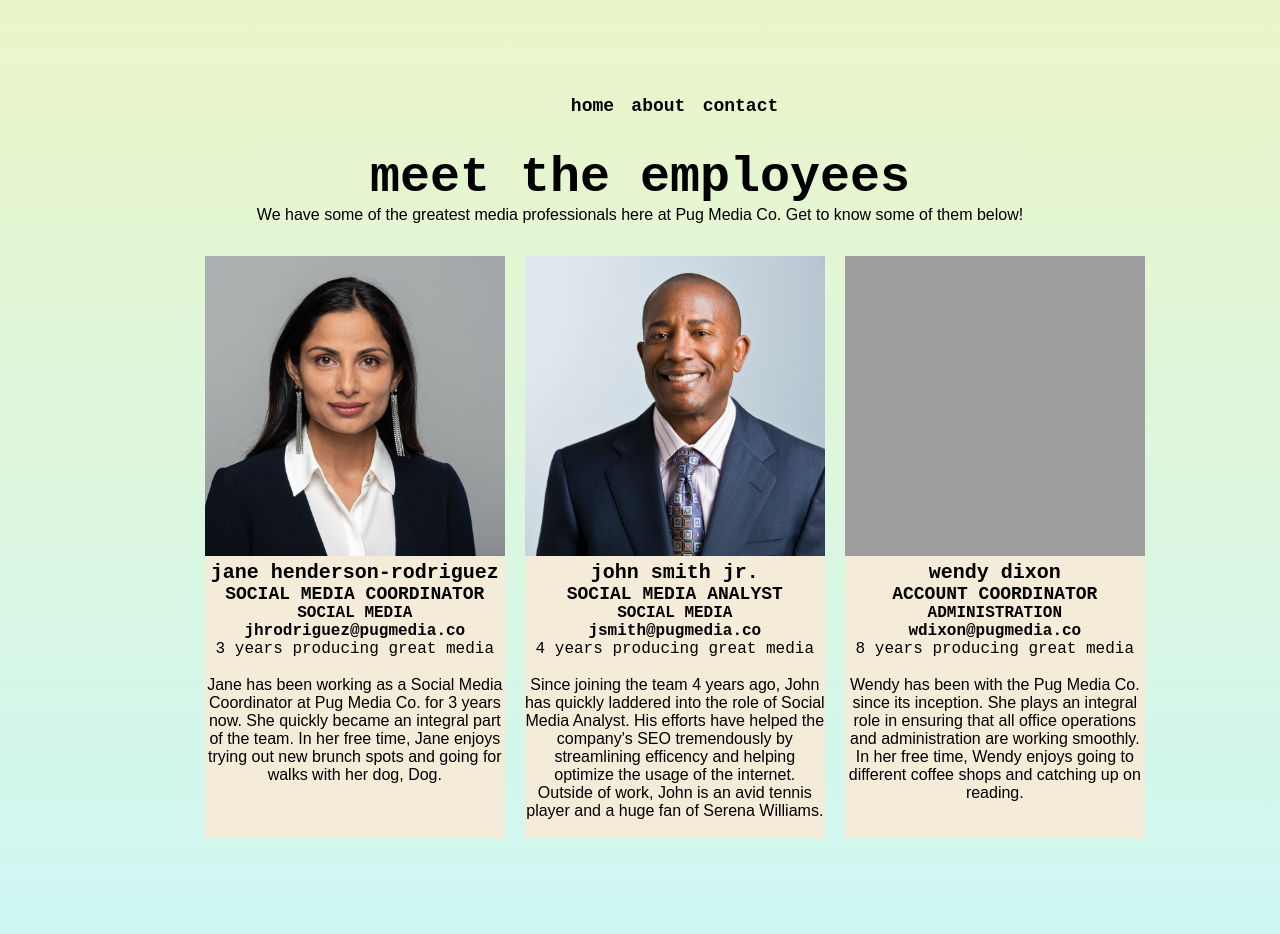
Repository: cheungglenda/MDIA2109-Week3
Page: /about
An editor plug-in stored every save of this project. The page is shown before and after the next save, followed by the edit.
The browser window is 1280 px wide. The pictures show the whole page.
Pictures or frames that could not be fetched are drawn as grey boxes. The project was rebuilt for these pictures with package versions that can differ from the ones it lists, and the page was loaded fresh each time. The framework's server and built-in components were replaced by stand-ins that run in the browser. Also part of the build but not shown: next.config.js.

Above is the page before, as saved 2023-01-20 13:08:41.

### pages/about.js
import Head from 'next/head'
import { Inter } from '@next/font/google'
import styles from '@/styles/Home.module.css'
import aboutData from '../data/about.json'
import { useState } from 'react'
import EmployeeCard  from '../components/EmployeeCard'
import Link from 'next/link'

export default function About() {

    const [aboutEmployees, setAboutEmployees] = useState([...aboutData])
    console.log(aboutData)
    return (
   <>
      <Head>
        <title>Meet the Employees</title>
        <meta name="description" content="Meet the Employees" />
        <meta name="viewport" content="width=device-width, initial-scale=1" />
        <link rel="icon" href="/favicon.ico" />
      </Head>
      <main className={styles.main}>
        <div className={styles.buttons}>
      <Link href="/" className={styles.links}>Home</Link>
      <Link href="/about" className={styles.links}>About</Link>
      <Link href="/" className={styles.links}>Contact</Link>
      </div>

      <div className={styles.meetTitle}>Meet the Employees</div>
      <div className={styles.titleDesc}>We have some of the greatest media professionals here at Pug Media Co. Get to know some of them below!</div>

        <div className={styles.grid}>
          <div className={styles.employees}>
          {aboutEmployees && aboutEmployees.map((info, index) => {
            if(info.firstName.toLowerCase() === "jane") {
            return (
              <EmployeeCard
              key={index}
              firstname={info.firstName}
              lastname={info.lastName}
              jobtitle={info.jobTitle}
              department={info.department}
              contact={info.contact}
              yearsworked={info.yearsWorked}
              description={info.description}
              color="#F4EBD9" font="16px"/>
            )
          }
          })}

          {aboutEmployees && aboutEmployees.map((info, index) => {
            if(info.firstName.toLowerCase() === "john") {
            return (
              <EmployeeCard
              key={index}
              firstname={info.firstName}
              lastname={info.lastName}
              jobtitle={info.jobTitle}
              department={info.department}
              contact={info.contact}
              yearsworked={info.yearsWorked}
              description={info.description}
              color="#F4EBD9" font="16px"/>
            )
          }
          })}

          {aboutEmployees && aboutEmployees.map((info, index) => {
            if(info.firstName.toLowerCase() === "wendy") {
            return (
              <EmployeeCard
              key={index}
              firstname={info.firstName}
              lastname={info.lastName}
              jobtitle={info.jobTitle}
              department={info.department}
              contact={info.contact}
              yearsworked={info.yearsWorked}
              description={info.description}
              color="#F4EBD9" font="16px"/>
            )
          }
          })}
          </div>
        </div>
      </main>
    </>
  )
}

### styles/Home.module.css
.main {
  display: flex;
  flex-direction: column;
  justify-content: space-between;
  align-items: center;
  padding: 6rem;
  font-family:arial;
  min-height: 100vh;
  background-image: linear-gradient(rgb(235, 245, 200), rgb(207, 248, 244));

}

.buttons {
  display: flex;
  flex-direction:row;
  justify-content: space-evenly;
  margin-bottom:3%;
}

.links:hover {
  text-decoration:underline;
}

.links {
  font-size: 18px;
  max-width: var(--max-width);
  width: 100%;
  font-weight:900;
  font-family: 'Courier New', Courier, monospace;
  text-transform:lowercase;
  padding-left:10%;
}

.description {
  display: inherit;
  justify-content: inherit;
  align-items: inherit;
  font-size: 15px;
  max-width: var(--max-width);
  width: 100%;
  font-family: var(--font-mono);
}

.description a {
  display: flex;
  justify-content: center;
  align-items: center;
  gap: 0.5rem;
}

.description p {
  position: relative;
  margin: 0;
  padding: 1rem;
  background-color: rgba(var(--callout-rgb), 0.5);
  border: 1px solid rgba(var(--callout-border-rgb), 0.3);
  border-radius: var(--border-radius);
}

.code {
  font-weight: 700;
  font-family: var(--font-mono);
}

.meetTitle {
  font-size: 50px;
  font-weight:700;
  text-transform:lowercase;
  font-family:'Courier New', Courier, monospace;
  text-align:center;
}

.grid {
  display: flex;
  justify-content:center;
  width: var(--max-width);
  max-width: 100%;
  align-items:center;
  flex: 1;
}

.card {
  padding: 1rem 1.2rem;
  border-radius: var(--border-radius);
  background: rgba(var(--card-rgb), 0);
  border: 1px solid rgba(var(--card-border-rgb), 0);
  transition: background 200ms, border 200ms;
}

.card span {
  display: inline-block;
  transition: transform 200ms;
}

.info {
  font-family:Arial, Helvetica, sans-serif;
}

.card h2 {
  font-weight: 600;
  margin-bottom: 0.7rem;
}

.card p {
  margin: 0;
  opacity: 0.6;
  font-size: 0.9rem;
  line-height: 1.5;
  max-width: 30ch;
}


.employees {
  display:flex;
  gap:20px;
  width: 80%;
  text-align:center;
  font-family:'Courier New', Courier, monospace;
}

.titleDesc {
  font-size:16px;
  margin-bottom:3%;
}

.center {
  display: flex;
  justify-content: center;
  align-items: center;
  position: relative;
  padding: 4rem 0;
}

.center::before {
  background: var(--secondary-glow);
  border-radius: 50%;
  width: 480px;
  height: 360px;
  margin-left: -400px;
}

.center::after {
  background: var(--primary-glow);
  width: 240px;
  height: 180px;
  z-index: -1;
}

.center::before,
.center::after {
  content: '';
  left: 50%;
  position: absolute;
  filter: blur(45px);
  transform: translateZ(0);
}

.logo,
.thirteen {
  position: relative;
}

.thirteen {
  display: flex;
  justify-content: center;
  align-items: center;
  width: 75px;
  height: 75px;
  padding: 25px 10px;
  margin-left: 16px;
  transform: translateZ(0);
  border-radius: var(--border-radius);
  overflow: hidden;
  box-shadow: 0px 2px 8px -1px #0000001a;
}

.thirteen::before,
.thirteen::after {
  content: '';
  position: absolute;
  z-index: -1;
}

/* Conic Gradient Animation */
.thirteen::before {
  animation: 6s rotate linear infinite;
  width: 200%;
  height: 200%;
  background: var(--tile-border);
}

/* Inner Square */
.thirteen::after {
  inset: 0;
  padding: 1px;
  border-radius: var(--border-radius);
  background: linear-gradient(
    to bottom right,
    rgba(var(--tile-start-rgb), 1),
    rgba(var(--tile-end-rgb), 1)
  );
  background-clip: content-box;
}

/* Enable hover only on non-touch devices */
@media (hover: hover) and (pointer: fine) {
  .card:hover {
    background: rgba(var(--card-rgb), 0.1);
    border: 1px solid rgba(var(--card-border-rgb), 0.15);
  }

  .card:hover span {
    transform: translateX(4px);
  }
}

@media (prefers-reduced-motion) {
  .thirteen::before {
    animation: none;
  }

  .card:hover span {
    transform: none;
  }
}

/* Mobile */
@media (max-width: 700px) {
  .content {
    padding: 4rem;
  }

  .grid {
    grid-template-columns: 1fr;
    margin-bottom: 120px;
    max-width: 320px;
    text-align: center;
  }

  .card {
    padding: 1rem 2.5rem;
  }

  .card h2 {
    margin-bottom: 0.5rem;
  }

  .center {
    padding: 8rem 0 6rem;
  }

  .center::before {
    transform: none;
    height: 300px;
  }

  .description {
    font-size: 0.8rem;
  }

  .description a {
    padding: 1rem;
  }

  .description p,
  .description div {
    display: flex;
    justify-content: center;
    position: fixed;
    width: 100%;
  }

  .description p {
    align-items: center;
    inset: 0 0 auto;
    padding: 2rem 1rem 1.4rem;
    border-radius: 0;
    border: none;
    border-bottom: 1px solid rgba(var(--callout-border-rgb), 0.25);
    background: linear-gradient(
      to bottom,
      rgba(var(--background-start-rgb), 1),
      rgba(var(--callout-rgb), 0.5)
    );
    background-clip: padding-box;
    backdrop-filter: blur(24px);
  }

  .description div {
    align-items: flex-end;
    pointer-events: none;
    inset: auto 0 0;
    padding: 2rem;
    height: 200px;
    background: linear-gradient(
      to bottom,
      transparent 0%,
      rgb(var(--background-end-rgb)) 40%
    );
    z-index: 1;
  }
}

/* Tablet and Smaller Desktop */
@media (min-width: 701px) and (max-width: 1120px) {
  .grid {
    grid-template-columns: repeat(2, 50%);
  }
}

@media (prefers-color-scheme: dark) {
  .vercelLogo {
    filter: invert(1);
  }

  .logo,
  .thirteen img {
    filter: invert(1) drop-shadow(0 0 0.3rem #ffffff70);
  }
}

@keyframes rotate {
  from {
    transform: rotate(360deg);
  }
  to {
    transform: rotate(0deg);
  }
}

### data/about.json
[
    {
        "firstName": "Jane",
        "lastName": "Henderson-Rodriguez",
        "department": "Social Media",
        "jobTitle": "Social Media Coordinator",
        "contact": "jhrodriguez@pugmedia.co",
        "yearsWorked": 3,
        "description": "Jane has been working as a Social Media Coordinator at Pug Media Co. for 3 years now. She quickly became an integral part of the team. In her free time, Jane enjoys trying out new brunch spots and going for walks with her dog, Dog."

    },
    {
        "firstName": "John",
        "lastName": "Smith jr.",
        "department": "Social Media",
        "jobTitle": "Social Media Analyst",
        "contact": "jsmith@pugmedia.co",
        "yearsWorked": 4,
        "description": "Since joining the team 4 years ago, John has quickly laddered into the role of Social Media Analyst. His efforts have helped the company's SEO tremendously by streamlining efficency and helping optimize the usage of the internet. Outside of work, John is an avid tennis player and a huge fan of Serena Williams."

    },
    {
        "firstName": "Wendy",
        "lastName": "Dixon",
        "department": "Administration",
        "jobTitle": "Account Coordinator",
        "contact": "wdixon@pugmedia.co",
        "yearsWorked": 8,
        "description": "Wendy has been with the Pug Media Co. since its inception. She plays an integral role in ensuring that all office operations and administration are working smoothly. In her free time, Wendy enjoys going to different coffee shops and catching up on reading."

    }
]

### components/EmployeeCard/index.js
export default function EmployeeCard({
    firstname = "none",
    lastname = "none",
    department = "none",
    jobtitle = "none",
    yearsworked = 0,
    description = "none",
    contact = "none",
    color = "pink",
    font = "O",
    image = "icon/personTwo.png"
}) {
    return (
        <div style={{backgroundColor: color, fontSize: 16}}>
            {
                firstname === "Jane" ? <img style={{objectFit: "cover"}} src={'headshots/photo3.jpeg'} width="300" height="300"/> :
                firstname === "John" ? <img style={{objectFit: "cover"}} src={'headshots/photo1.jpeg'} width="300" height="300"/> :
                firstname === "Wendy" ? <img style={{objectFit: "cover"}} src={'headshots/photo2.jpeg'} width="300" height="300"/> :
                <img src={image} width="300"/>
            }

            <h1 style={{textTransform: "lowercase", fontSize: 20}}>{firstname} {lastname}</h1>
            <h1 style={{textTransform: "lowercase", fontSize: 20}}></h1>
            <h2 style={{fontFamily:"'Courier New', Courier, monospace", textTransform: "uppercase", fontSize: 18}}>{jobtitle}</h2>
            <h3 style={{fontFamily:"'Courier New', Courier, monospace", textTransform: "uppercase", fontSize: 16, fontweight:200}}>{department}</h3>
            <h3 style={{fontFamily:"'Courier New', Courier, monospace", textTransform: "lowercase", fontSize: 16, fontweight:500}}>{contact}</h3>
            <h4 style={{textTransform:"lowercase", fontSize:16, fontWeight:100}}>{yearsworked} years producing great media</h4><br></br>
            <p style={{fontFamily: "Arial, Helvetica, sans-serif"}}>{description}</p><br></br>
        </div>
    )
}

Loaded but not shown: pages/_app.js (common file); pages/_document.js (common file); pages/api/hello.js (common file); styles/globals.css (common file)

After the next save:
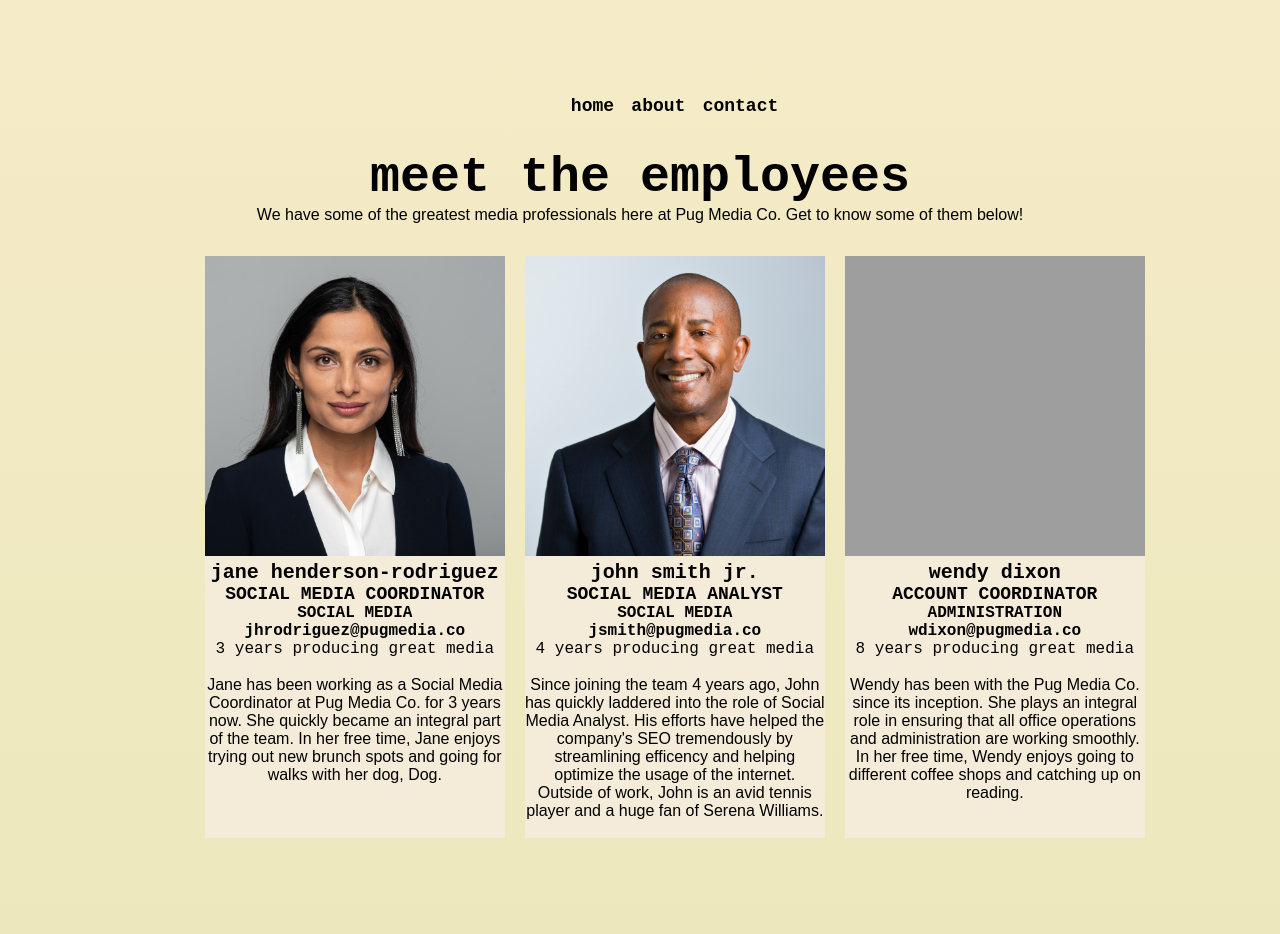
Saved 12 s later.
--- a/styles/Home.module.css
+++ b/styles/Home.module.css
@@ -6,7 +6,7 @@
   padding: 6rem;
   font-family:arial;
   min-height: 100vh;
-  background-image: linear-gradient(rgb(235, 245, 200), rgb(207, 248, 244));
+  background-image: linear-gradient(rgb(245, 235, 200), rgb(236, 232, 188));
 
 }
 
